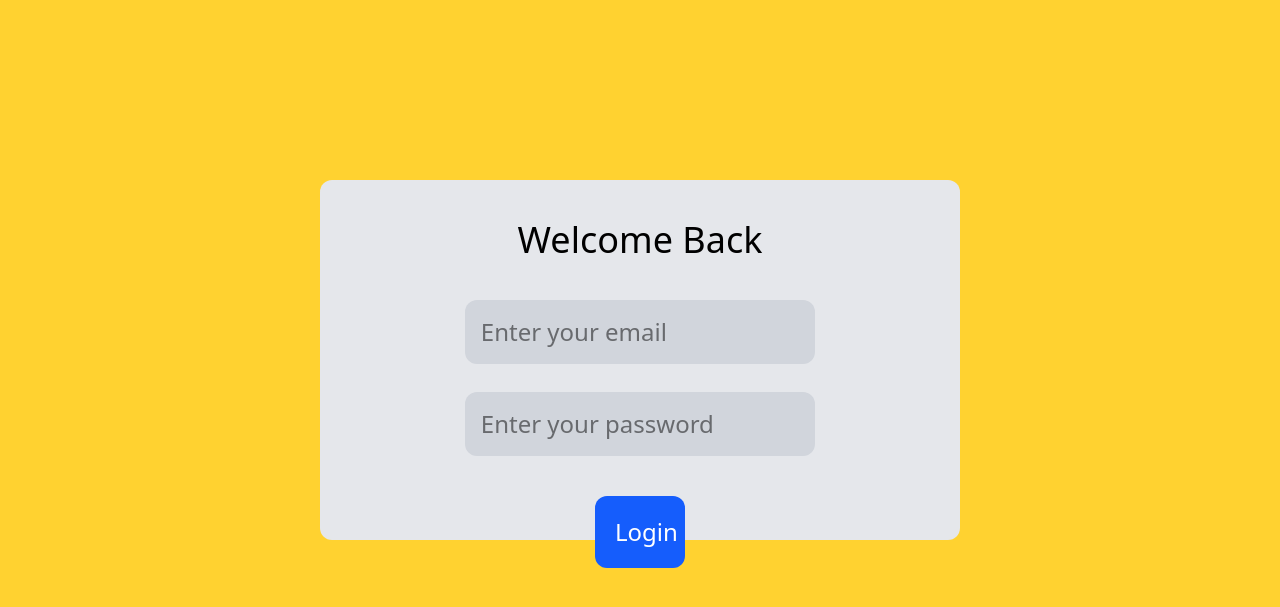
Repository: Habeebur1493/project
Page: /
These files come from the project's save history. The page is drawn as it stood at one moment and after the next save; the edit follows.
The browser window is 1280 px wide. The pictures show the whole page.
The page's requests for data from a server got no answer. The project was rebuilt for these pictures with package versions that can differ from the ones it lists, and the page was loaded fresh each time. No one was signed in, and anything a server would have sent is missing. Also part of the build but not shown: vite.config.js, src/Components/Nav.jsx, src/Components/Loading.jsx, src/Components/Home.jsx, src/Components/Details.jsx.

Above is the page before, as saved 2025-01-31 16:57:54.

### index.html
<!doctype html>
<html lang="en">
  <head>
    <meta charset="UTF-8" />
    <meta name="viewport" content="width=device-width, initial-scale=1.0" />
    <title>Project</title>
  </head>
  <body>
    <div id="root"></div>
    <script type="module" src="/src/main.jsx"></script>
  </body>
</html>

### src/main.jsx
import React from "react";
import { createRoot } from "react-dom/client";
import App from "./App.jsx";
import { BrowserRouter } from "react-router-dom";
import Context from "./Components/utils/Context.jsx";

createRoot(document.getElementById("root")).render(
  <Context>
    <BrowserRouter>
      <App />
    </BrowserRouter>
    </Context>

);

### src/App.jsx
import React from "react";
import "./App.css";
import { Route, Routes } from "react-router-dom";
import Login from "./Components/Login.jsx";
import Home from "./Components/Home.jsx";
import Details from "./Components/Details.jsx";

const App = () => {
  return (
    <div className="h-screen w-screen flex">
      <Routes>
        <Route path="/" element={<Login />} />
        <Route path="/Home" element={<Home />} />
        <Route path="/details/:id" element={<Details />} />
      </Routes>
    </div>
  );
};

export default App;

### src/Components/utils/Context.jsx
import React, { createContext, useEffect, useState } from "react";
import axios from "axios";

export const ProductContext = createContext();

const Context = ({children}) => {
  const [products, setproducts] = useState([]);


  const getproducts = async () => {
    try {
      const { data } = await axios.get("https://fakestoreapi.com/products");
      console.log("Fetched products:", data);
      setproducts(data);
    } catch (error) {
      console.log( "Error Fetching products"  ,error);
    }
  };

  useEffect(() => {
    getproducts();
  }, []);

  return (
    <ProductContext.Provider value={[products, setproducts]}>
      {children}
    </ProductContext.Provider>
  );
};

export default Context;

### src/Components/Login.jsx
import React, { useEffect, useState } from "react";
import { useNavigate } from "react-router-dom";

const Login = () => {
  const [email, setEmail] = useState("");
  const [password, setPassword] = useState("");

  const navigate = useNavigate();

  useEffect(() => {
    const auth = localStorage.getItem("user");
    if (auth) {
      navigate("/");
    }
  }, [navigate]);

  const login = async () => {
    let result = await fetch("https://reqres.in/api/login", {
      method: "post",
      body: JSON.stringify({ email, password }),
      headers: {
        "Content-Type": "application/json",
        Accept: "application/json",
      },
    });
    result = await result.json();
    console.log(result);

    if (result.token) {
      localStorage.setItem("user", JSON.stringify(email));
      localStorage.setItem("token", JSON.stringify(result.token));
      navigate("/Home");
      } else{
        alert("Please enter correct details")
      }
  }

  return (
      <div className="w-full h-screen flex justify-center items-center bg-amber-300 ">
        <div className="w-[50%] h-[50%] p-5 bg-gray-200 flex-col flex items-center gap-3 rounded-xl">
          <h1 className="text-4xl font semibold mt-5 mb-5">Welcome Back</h1>

          <div className="w-full flex justify-center items-center flex-col gap-3">
            <div className="w-full flex justify-center items-center p-2 rounded-xl gap-2">
              <input
                onChange={(e) => setEmail(e.target.value)}
                type="email"
                placeholder="Enter your email"
                className="bg-gray-300 w-[60%] outline-none p-4 rounded-xl text-2xl"
              />
            </div>
            <div className="w-full flex justify-center items-center bg- gray-800 p-2 rounded-xl gap-2">
              <input
                onChange={(e) => setPassword(e.target.value)}
                type="password"
                placeholder="Enter your password"
                className="bg-gray-300 w-[60%] outline-none p-4 rounded-xl text-2xl"
              />
            </div>
            <button
              onClick={login}
              className="w-[15%] p-5 bg-blue-600 text-white text-2xl rounded-xl mt-5 cursor-pointer"
            >
              Login
            </button>
          </div>
        </div>
      </div>
  );
};

export default Login;

Loaded but not shown: src/App.css (common file)

After the next save:
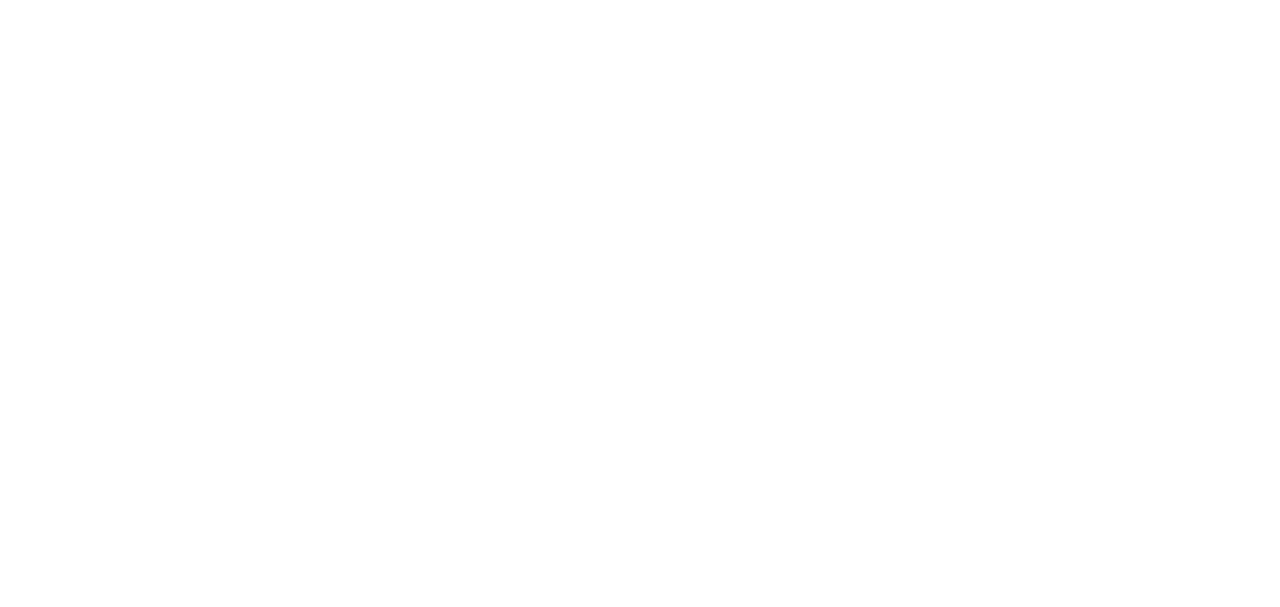
Console error (its wording comes from the project's code and is left out).
Saved 20 s later.
--- a/src/Components/utils/Context.jsx
+++ b/src/Components/utils/Context.jsx
@@ -5,7 +5,7 @@
 
 const Context = ({children}) => {
   const [products, setproducts] = useState([]);
-
+  setproducts([]);
 
   const getproducts = async () => {
     try {

After the save that followed:
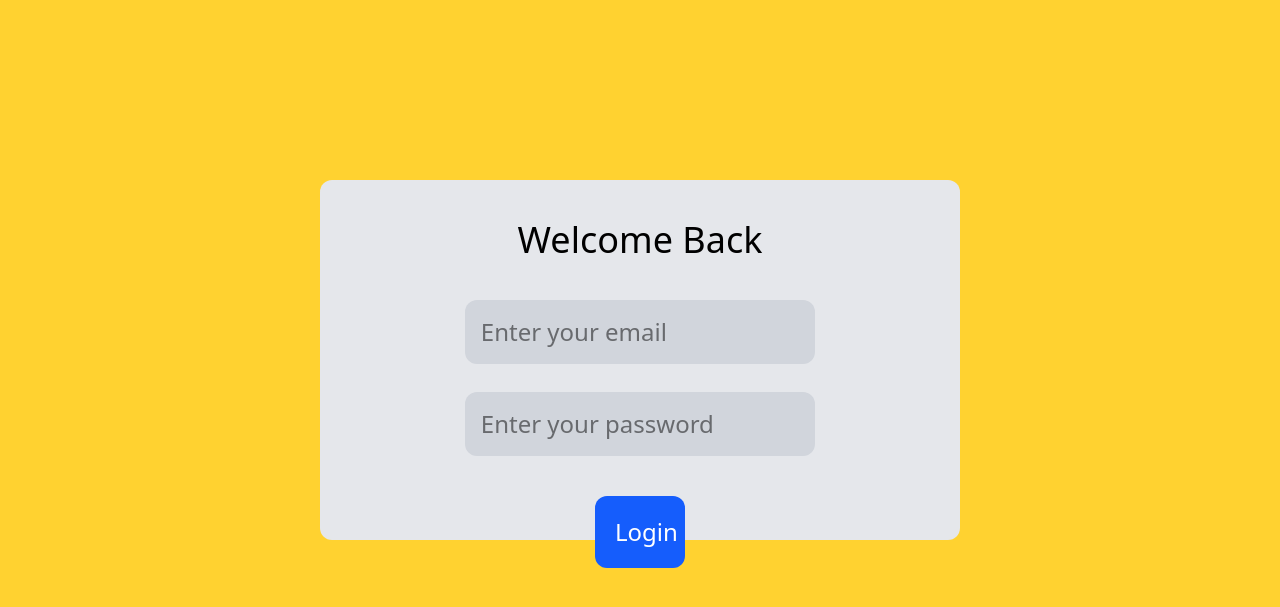
The error is gone.
Saved 16 s later.
--- a/src/Components/utils/Context.jsx
+++ b/src/Components/utils/Context.jsx
@@ -5,7 +5,6 @@
 
 const Context = ({children}) => {
   const [products, setproducts] = useState([]);
-  setproducts([]);
 
   const getproducts = async () => {
     try {
